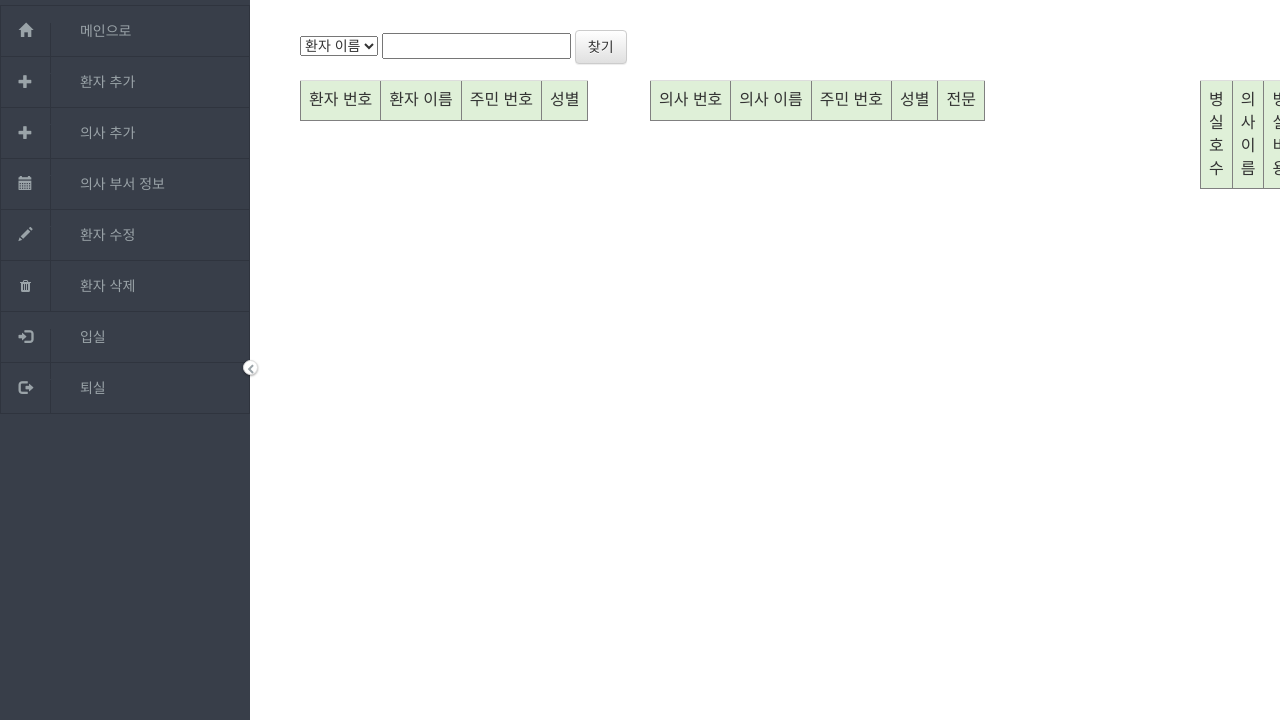
Repository: qaws1134/Hospital_manager
Page: http://localhost/project/main.jsp
These files come from the project's save history. The page is drawn as it stood at one moment and after a run of saves; the edit follows.
The browser window is 1280 px wide. The pictures show the whole page.
Some web libraries are served in a nearby version. The page is served by Tomcat 9. The template is opened directly, without the code that normally fills it, so the values that code supplies are empty.

Above is the page before, as saved 2017-12-09 17:19:33.
Console error (its wording comes from the project's code and is left out).

After the next 2 saves:
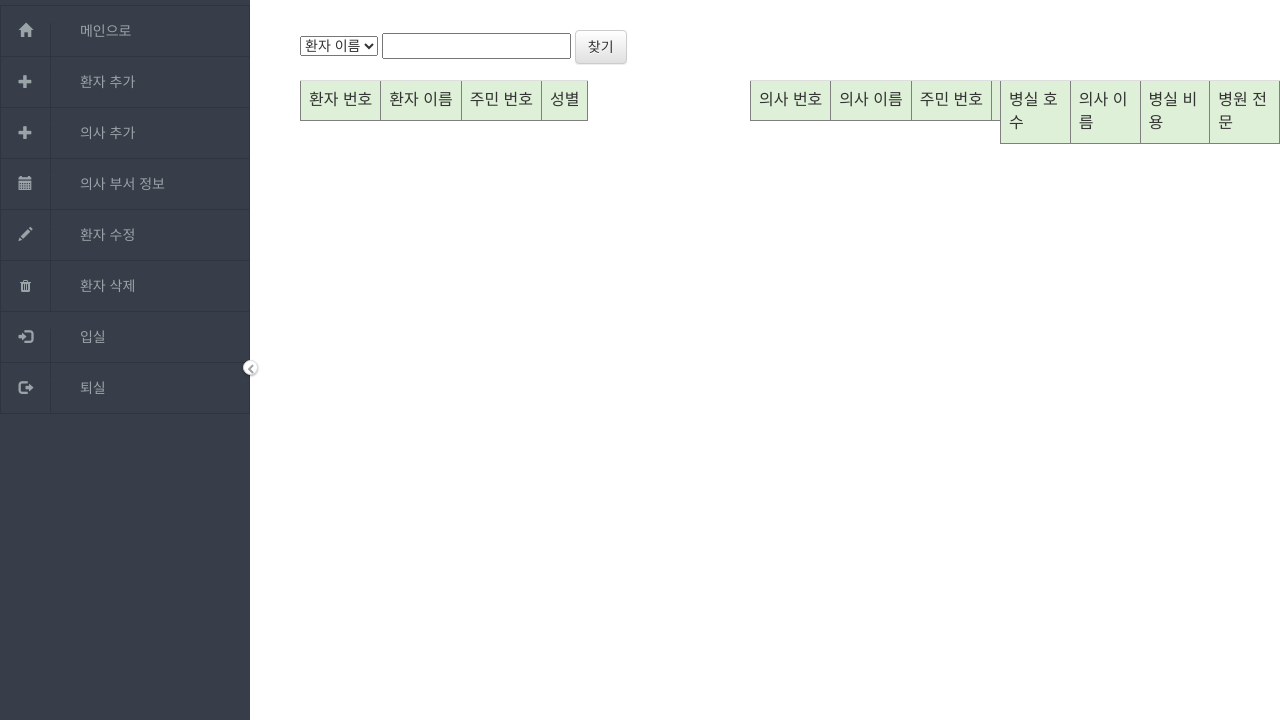
The 2 saves are shown as one change because they came seconds apart.
The last was saved 18 s later.
--- a/project/WebContent/main.jsp
+++ b/project/WebContent/main.jsp
@@ -239,7 +239,7 @@ nav ul li a span {
       </table>
 </section>
 <!-- 의사 정보 -->
-<section style="position:absolute; top:80px;left:650px">
+<section style="position:absolute; top:80px;left:750px">
      <table border="1" class="table table-striped">
       	<tr  class="success">
       		<td>의사 번호</td>
@@ -263,7 +263,7 @@ nav ul li a span {
 </section>
 
 <!-- 병실 정보 -->
-<section style="position:absolute; top:80px;left:1200px">
+<section style="position:absolute; top:80px;left:1000px">
       <table border="1" class="table table-striped">
       	<tr  class="success">
       		<td>병실 호수</td>
